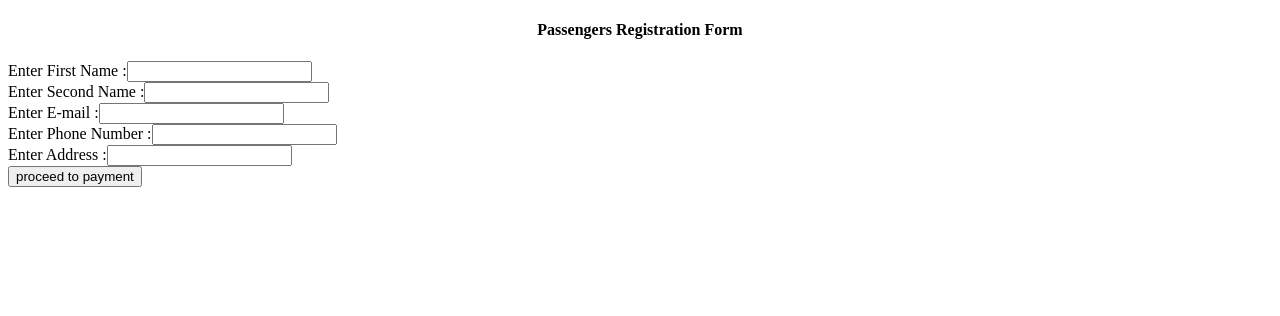
Repository: nihargowda/phase2project
Page: http://localhost/AirAway/userdetails.jsp
The author's editor kept a copy of each file at every save. The page is drawn from the files as they stood at one save, then again after the next save.
The browser window is 1280 px wide. The pictures show the whole page.
The page is served by Tomcat 9. Other server files are loaded and not shown.

Above is the page before, as saved 2020-11-17 18:02:21.

### AirAway/src/main/webapp/userdetails.jsp
<%@ page language="java" contentType="text/html; charset=ISO-8859-1"
    pageEncoding="ISO-8859-1"%>
<!DOCTYPE html>
<html>
<head>
<meta charset="ISO-8859-1">
<title>Insert title here</title>
</head>
<body>
<h4><center>Passengers Registration Form</center></h4>
<form action="/AirAway/UserServlet" method="post">

Enter First Name :<input type="text" name="fname"><br>
Enter Second Name :<input type="text" name="sname"><br>
Enter E-mail :<input type="text" name="mail"><br>
Enter Phone Number :<input type="text" name="phone"><br>
Enter Address :<input type="text" name="address"><br>
<input type="submit" value="proceed to payment">
</form>
</body>
</html>

After the next save:
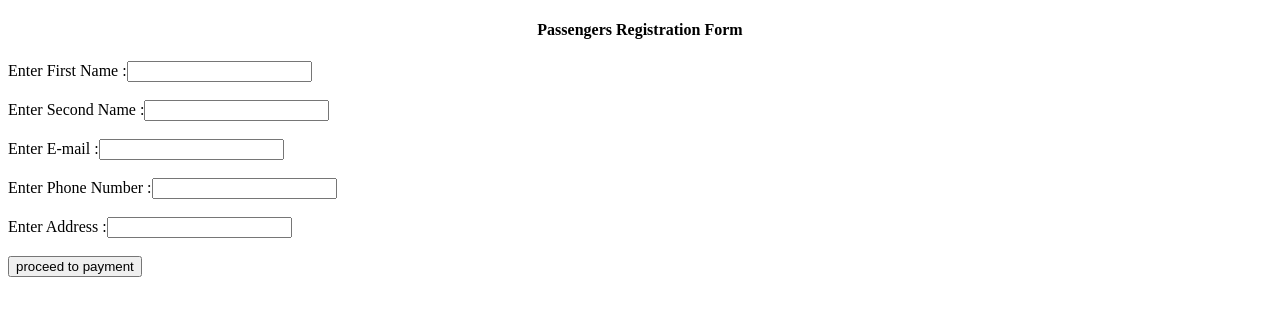
Saved 39 s later.
--- a/AirAway/src/main/webapp/userdetails.jsp
+++ b/AirAway/src/main/webapp/userdetails.jsp
@@ -10,12 +10,12 @@
 <h4><center>Passengers Registration Form</center></h4>
 <form action="/AirAway/UserServlet" method="post">
 
-Enter First Name :<input type="text" name="fname"><br>
-Enter Second Name :<input type="text" name="sname"><br>
-Enter E-mail :<input type="text" name="mail"><br>
-Enter Phone Number :<input type="text" name="phone"><br>
-Enter Address :<input type="text" name="address"><br>
-<input type="submit" value="proceed to payment">
+Enter First Name :<input type="text" name="fname"><br><br>
+Enter Second Name :<input type="text" name="sname"><br><br>
+Enter E-mail :<input type="text" name="mail"><br><br>
+Enter Phone Number :<input type="text" name="phone"><br><br>
+Enter Address :<input type="text" name="address"><br><br>
+<input type="submit" value="proceed to payment"><br>
 </form>
 </body>
 </html>
